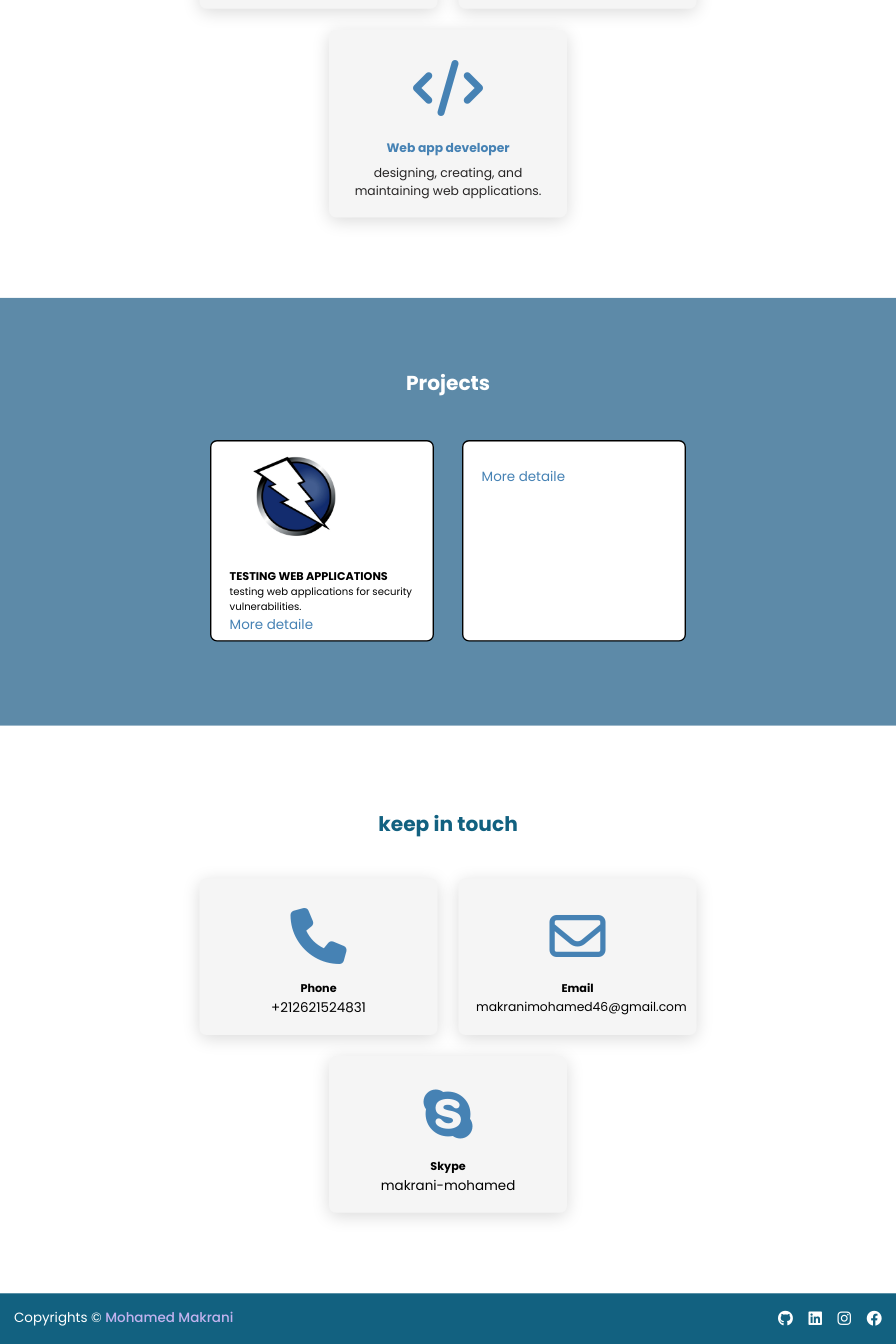
Repository: mohamed-makrani/Portfolio
Page: indixe.html
An editor plug-in stored every save of this project. The page is shown before and after the next save, followed by the edit.
The browser window is 1280 px wide. The pictures show the part of the page from y = 1252 to 3172 px (the page is 3172 px tall before and 3140 px after), at 70% of full size.
Backgrounds fixed to the window are drawn as part of the page.

Above is the page before, as saved 2023-09-18 17:16:06.

### indixe.html
<!DOCTYPE html>
<html lang="en">
<head>
    <meta charset="UTF-8">
    <meta name="descreption" content="makrani-mohamed/portfilio"/>
    <title>Mohamed-makrani</title>
    <link rel="stylesheet" href="https://cdnjs.cloudflare.com/ajax/libs/font-awesome/6.4.2/css/all.min.css"/>
    <link  rel="stylesheet" href="style.css" />
</head>
<body>
    <header>
        <a class="logo" href="#logo" >Mohamed-makrani</a>
        <nav class="navigation">
            <a href="#services" >services</a>
            <a href="#projects" > projects</a>
            <a href="#contact"> contact </a>

        </nav>
    </header>
    <section class="main" id="logo">
        <div>
            <h6>Hello, I'm mohamed </h6>
            <h1>Web developer</h1>
            <h4>Width defines web's rhythm</h4>
        <a href="#" class="main-button">view my work</a>
        <div class="social-media">
            <a href="#" ><i class="fa-brands fa-github"></i></a>
            <a href="https://www.linkedin.com/in/mohamed-makrani-b9bb0028b/" target="_blank"><i class="fa-brands fa-linkedin"></i></a>
            <a href="#"><i class="fa-brands fa-instagram"></i></a>
            <a href="#"><i class="fa-brands fa-facebook"></i></a>
        </div>
        </div>
    </section>

    <section class="cards" id="services" >
        <h2 class="title">Services</h2>
        <div class="content" >
            <div class="card">
                <div class="icon"><i class="fa-solid fa-shield-halved"></i></div>
                <div class="info">
                    <h2>Web app testing</h2>
                    <p>Effective web application testing is crucial to delivering a high-quality product to users and maintaining its reliability over time.</p>
                </div>
            </div>
            <div class="card">
                <div class="icon"><i class="fa-solid fa-database"></i></div>
                <div class="info">
                    <h2>Database management</h2>
                    <p>the process of designing, implementing, maintaining, and optimizing databases to efficiently and securely store, retrieve, and manage data.</p>
                </div>
            </div>
            <div class="card">
                <div class="icon"><i class="fa-solid fa-code"></i></div>
                <div class="info">
                    <h2>Web app developer</h2>
                    <p> designing, creating, and maintaining web applications.</p>
                </div>

            </div>

        </div>
    </section>
        <section class="Projects" id="projects">
            <h2 class="projec-title">Projects</h2>
            <div class="project-content">
                <div class="project-card">
                    <div class="image">
                        <img src="oo.jpg"/>
                    </div>
                    <div class="project-info">
                        <strong class="project-title"><span>Testing web applications</span>

                        </strong>
                        <p> testing web applications for security vulnerabilities. </p>
                        <a href="" class="detaile" >More detaile</a>
                    </div>
                </div>
                <div class="project-card">
                    <div class="image">


                    </div>
                    <div class="project-info">
                        <strong class="project-title"><span></span></strong>
                        <p></p>
                        <a href="" class="detaile">More detaile</a>

                    </div>

                </div>


            </div>

        </section>

        <section class="contact-me" id="contact">
            <h2 class="work-contact">keep in touch</h2>
            <div class="contact-content">
                <div class="contact-card">
                    <div class="contact-icon"><i class="fa-solid fa-phone"></i></div>
                    <div class="contact-info">
                        <h4>Phone</h4>
                        <P class="Ph">+212621524831</P>
                    </div>
                </div>
                <div class="contact-card">
                    <div class="contact-icon"><i class="fa-regular fa-envelope"></i></div>
                    <div class="contact-info">
                        <h4>Email</h4>
                        <p class="em">makranimohamed46@gmail.com</p>

                    </div>


            </div>
            <div class="contact-card">
                <div class="contact-icon"><i class="fa-brands fa-skype"></i></i></div>
                <div class="contact-info">
                    <h4>Skype</h4>
                    <p class="xd">makrani-mohamed</p>

                </div>


        </div>
            </div>





        </section>
        <footer class="footer">
            <p class="footer-title" >Copyrights ©<span> <a  class="sa" href="#">Mohamed Makrani</a> </span></p>
            <div class="social-media">
                <a href="#" ><i class="fa-brands fa-github"></i></a>
                <a href="https://www.linkedin.com/in/mohamed-makrani-b9bb0028b/" target="_blank"><i class="fa-brands fa-linkedin"></i></a>
                <a href="#"><i class="fa-brands fa-instagram"></i></a>
                <a href="#"><i class="fa-brands fa-facebook"></i></a>
            </div>

        </footer>








</body>
</html>

### style.css
@import url('https://fonts.googleapis.com/css2?family=Poppins:ital,wght@0,200;0,300;0,400;0,500;0,600;0,700;0,800;0,900;1,100;1,200;1,300;1,400;1,500;1,600;1,700;1,800;1,900&display=swap');

*{

    font-family: 'Poppins', sans-serif;
    margin: 0;
    padding: 0;
    box-sizing: border-box;
    /* scroll-behavior: smooth; */
}
 header{

    background-color: #f5f5f5;
    width: 100%;
    position: fixed;
    display: flex;
    z-index: 999;
    justify-content: space-between;
    align-items: center;
    padding: 10px 200px;

 }
 .logo {
    /* default is 16 px */

    text-decoration: none;
    font-size: 16px;
    color: #126180;
    text-transform: uppercase;
    font-weight: 700;
 }
 .navigation a{
    color: #126180;
    font-size: 15px;
    font-weight: 600px;
    text-decoration: none;
    padding-left:  30px;

 }
.navigation a:hover {

color: rgb(83, 15, 146);
}
 section {

   padding: 100px 150px;
 }
 .main{

   width: 100%;
   min-height: 100vh;
   display: flex;
   align-items: center;
   background:url(backround.jpg) no-repeat;
   background-size: cover;
   background-position:center ;
   background-attachment: fixed;

 }
 .main h6 {

   color: white;
   font-weight:500px ;
   font-size: 0.9em;


 }

 .main h1 {

   color:#5d8aa8 ;
   font-size: 2.4em;
   font-weight: 500px;
   margin-top: 6px;
 }
 .main h4 {

   color: white;
   font-size: 1em;
   font-weight: 500px;
   margin-top: 6px;
   margin-bottom: 20px;
   letter-spacing:1px;
 }
.main-button {

color : white;
text-decoration: none;
background-color: #92a1cf;
letter-spacing : 1px;
font-size: 1em;
font-weight: 600px;
display: inline-block;
padding: 0.935em 2.187em;
border-radius: 12px;
margin-bottom: 20px;
transition: 0.7s ease;

}
.main-button :hover{
   background-color:#545aa7;
   transform: scale(1.1);
}
.social-media a{

   color: white;
   font-size: 22px;
   padding-left: 18px;

}

.title {

   display: flex;
   justify-content: center;
   color:#126180;
   font-size:1.8em ;
   font-weight: 700px;
   margin-bottom: 40px;
}
.content{
   display: flex;
   justify-content: center;
   flex-direction: row;
   flex-wrap: wrap;
}
.card {
   background-color:#f5f5f5;
   width:21.25em;
   box-shadow: 0 5px 25px rgba(1 1 1 /15%);
    border-radius: 10px;
    padding: 25px;
    margin: 15px;
    transition: 0.4s ease;
}
.card:hover {
   transform: scale(1.1);
}
.icon {
   color: #4682b4;
   text-align: center;
   font-size: 5em;
}
.info h2 {

   color:#4682b4 ;
   text-align: center;
   font-size:1.1em;
   font-weight: 700px;
   margin:10px ;

}
.info p {

   text-align: center;
   font-size:1.1em ;
   font-weight:500px ;
   color :rgb(39, 37, 37);


}
.Projects{
   background-color: #5d8aa8;
}
.projec-title{

   display: flex;
   justify-content: center;
   color: white;
   font-size:1.8em ;
   font-weight:700 ;
   margin-bottom: 40px;

}
.project-content{

   display: flex;
   justify-content: center;
   flex-direction: row;
   flex-wrap: wrap;
}

 .projects.project-content{
   margin-top: 30px;
 }
.project-card{

   background-color: white;
   border: 2px solid black;
   padding: 10px;
   width: 20em;
   overflow: hidden;
   border-radius: 10px;
   margin: 20px;
   transition: 0.5s ease;
   height: 18em;
}

.project-card:hover{
   transform: scale(1.1);
}
/*.card:hover .image{
opacity: 0.9;

}*/
.image img {

  max-width:177px;
   padding: 10px 10px 10px 50px;
   justify-content: centre;
}
.project-info{
   padding: 1em;
}
.project-info p{
   font-size: 0.9em;
   color: black;

}
.project-info strong{
   margin-top: 10px;
   font-weight: 800px;
   display: flex;
   justify-content: space-between;
   text-transform: uppercase;

}
.detaile {
   padding-top: 20px;
   text-decoration:none;
   font-size: 1.2em;
   font-weight: 800px;
   color:#4682b4;
   justify-content: center;
   text-align: center;

}

.contact-me{
   margin-top :20px;
}
.work-contact{
   color: #126180;
    display: flex;
   justify-content: center;
   font-size:1.8em ;
   font-weight: 700px;
   margin-bottom: 40px;

}
.contact-content{
   display: flex;
   flex-direction: row;
   flex-wrap: wrap;
   justify-content: center;
}
.contact-card{
   background-color:#f5f5f5;
   width:21.25em;
   box-shadow: 0 5px 25px rgba(1 1 1 /15%);
    border-radius: 10px;
    padding: 25px;
    margin: 15px;
    justify-content:center;
    align-items:center;
    transition: 0.4s ease;
}
.contact-card:hover{
    transform: scale(1.1);
}
.contact-icon{
   color: #4682b4;
   text-align: center;
   font-size: 5em;
}
.contact-info h4{
  text-align: center;
}
.Ph{
   text-align: center;
   font-size: 1.2em;
}
.xd{
   text-align: center;
   font-size: 1.2em;
}
.em{
   font-size: 1.1em;
}
.contacte-me.icon{
   font-size: 4.5em;
}
.footer{
   background-color: #126180;
   color: white;
   padding: 20px;
   display: flex;
   justify-content:space-between;
}
.footer-title{
   font-size: 1.2em;
   font-weight: 80px;
}
.sa{
   text-decoration: none;
   color:#c2b3ee ;
   font-size:1.2;
   font-weight:80px;
}
.footer-title span{
   color:#b7cddd;
   font-weight: 500;
}
.footer.social-media a{
   font-size: 1.3em;
}

After the next save:
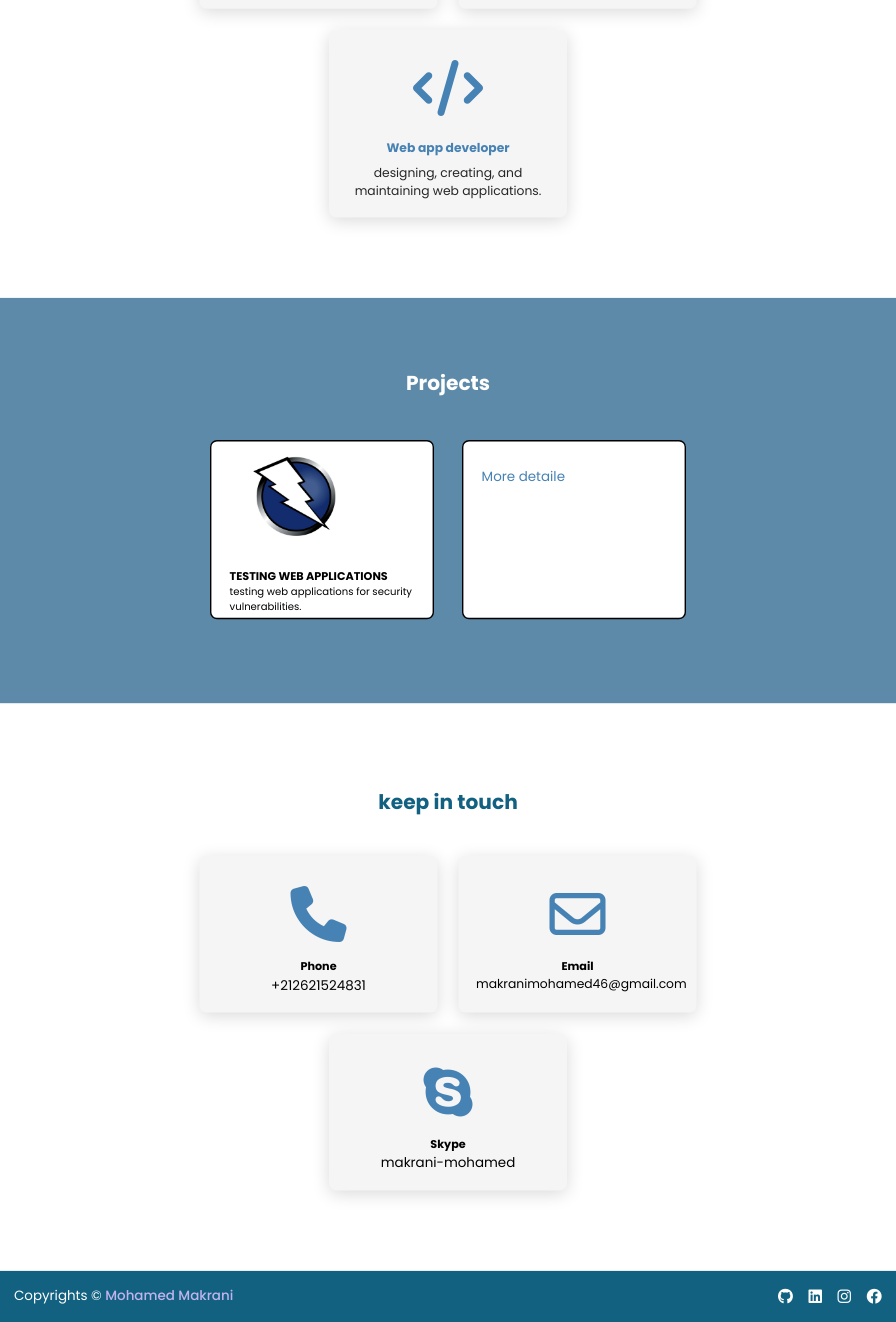
Saved 11 s later.
--- a/style.css
+++ b/style.css
@@ -193,7 +193,7 @@ transition: 0.7s ease;
    border-radius: 10px;
    margin: 20px;
    transition: 0.5s ease;
-   height: 18em;
+   height: 16em;
 }
 
 .project-card:hover{
